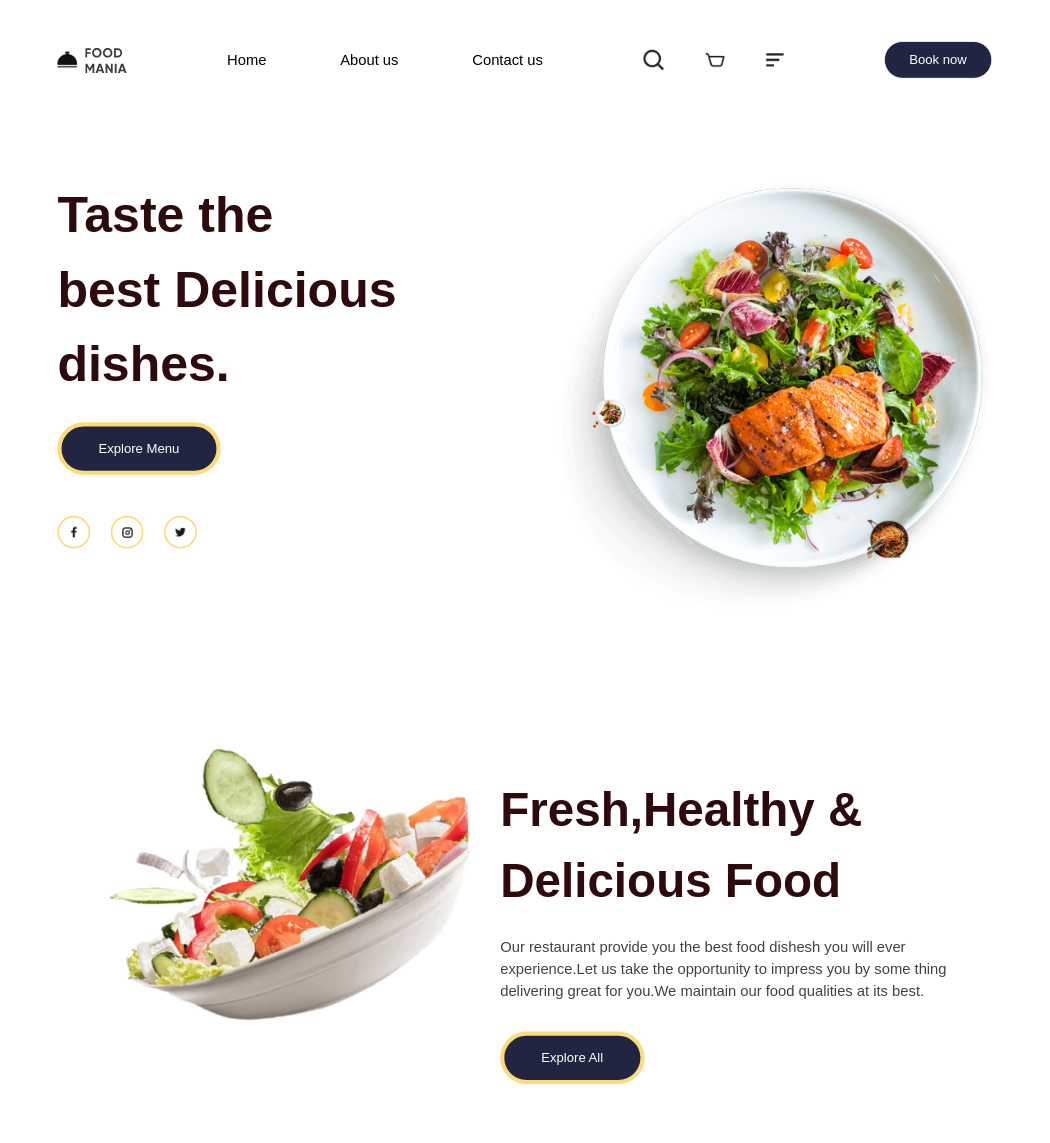
Repository: hoang0508/Figmafood
Page: index.html
These files come from the project's save history. The page is drawn as it stood at one moment and after the next save; the edit follows.
The browser window is 1280 px wide. The pictures show the whole page, at 82% of full size.
The style sheet was rebuilt from its Sass, Less or Tailwind sources for each picture, by a compiler version that may differ from the author's.

Above is the page before, as saved 2021-11-08 10:07:59.

### index.html
<!DOCTYPE html>
<html lang="en">
  <head>
    <meta charset="UTF-8" />
    <meta http-equiv="X-UA-Compatible" content="IE=edge" />
    <meta name="viewport" content="width=device-width, initial-scale=1.0" />
    <title>LandingPage Food</title>
    <link
      rel="stylesheet"
      href="https://cdnjs.cloudflare.com/ajax/libs/font-awesome/4.7.0/css/font-awesome.min.css"
      integrity="sha512-SfTiTlX6kk+qitfevl/7LibUOeJWlt9rbyDn92a1DqWOw9vWG2MFoays0sgObmWazO5BQPiFucnnEAjpAB+/Sw=="
      crossorigin="anonymous"
      referrerpolicy="no-referrer"
    />
    <link rel="preconnect" href="https://fonts.googleapis.com" />
    <link rel="preconnect" href="https://fonts.gstatic.com" crossorigin />
    <link
      href="https://fonts.googleapis.com/css2?family=Poppins:wght@300;400;500;600;700&display=swap"
      rel="stylesheet"
    />
    <link rel="stylesheet" href="./css/app.css" />
  </head>
  <body>
    <div class="wrapper">
      <header class="header">
        <div class="container">
          <div class="header-container d-flex--between">
            <div class="header-logo d-flex--center">
              <img src="./images/logo.png" alt="" />
              <img src="./images/FOOD MANIA.svg" alt="" />
            </div>
            <ul class="header-list d-flex--center">
              <li class="header-item">
                <a href="#" class="header-link">Home</a>
              </li>
              <li class="header-item">
                <a href="#" class="header-link">About us</a>
              </li>
              <li class="header-item">
                <a href="#" class="header-link">Contact us</a>
              </li>
            </ul>
            <div class="header-icon d-flex--center">
              <a href="#" class="icon-link">
                <img src="./images/icon-search.png" alt="" />
              </a>
              <a href="#" class="icon-link">
                <img src="./images/icon-cart.png" alt="" />
              </a>
              <a href="#" class="icon-link">
                <img src="./images/icon-bars.png" alt="" />
              </a>
            </div>
            <button class="button button--primary">Book now</button>
          </div>
        </div>
      </header>
      <main>
        <section class="hero">
          <div class="container">
            <div class="hero-container d-flex--between">
              <div class="hero-content">
                <h3 class="hero-title">
                  Taste the <span>best Delicious</span> dishes.
                </h3>
                <button class="button button--primary button--secondary">
                  Explore Menu
                </button>
                <div class="hero-social d-flex--center">
                  <a href="#" class="social-icon">
                    <img src="./images/facebook.png" alt="" />
                  </a>
                  <a href="#" class="social-icon">
                    <img src="./images/instagram.png" alt="" />
                  </a>
                  <a href="#" class="social-icon">
                    <img src="./images/twitter.png" alt="" />
                  </a>
                </div>
              </div>
              <div class="hero-image">
                <div class="hero-image--big">
                  <img
                    src="./images/kisspng-hamburger-street-food-seafood-fast-food-delicious-food-5a75083cceaf41 1.png"
                    alt=""
                  />
                </div>
                <div class="hero-image--small-top">
                  <img src="./images/dlf 1.png" alt="" />
                </div>
                <div class="hero-image--small-bottom">
                  <img
                    src="./images/Pad-Thai_1-removebg-preview 1.png"
                    alt=""
                  />
                </div>
              </div>
            </div>
          </div>
        </section>
        <section class="about">
          <div class="container">
            <div class="about-container d-flex--between">
              <div class="about-image">
                <img
                  src="./images/imgbin-greek-salad-recipe-vegetarian-cuisine-everyday-super-food-salad-plate-gEMC3ig2LzciXACd5pm3EKWBe-removebg-preview 1.png"
                  alt=""
                />
              </div>
              <div class="about-content">
                <h3 class="heading-title">Fresh,Healthy & Delicious Food</h3>
                <p class="text-desc">
                  Our restaurant provide you the best food dishesh you will ever
                  experience.Let us take the opportunity to impress you by some
                  thing delivering great for you.We maintain our food qualities
                  at its best.
                </p>
                <button class="button button--primary button--secondary">
                  Explore All
                </button>
              </div>
            </div>
          </div>
        </section>
      </main>
    </div>
  </body>
</html>

### sass/app.scss
@import "variable";
@import "reset";
@import "global";
@import "typography";
@import "header";
@import "hero";
@import "about";

### sass/variable.scss
$primary-color: #212542;
$secondary-color: #2e0a0c;
$border-color: #ffda7b;
$text-color-box: #424242;
$text-color-small: #747474;

### sass/reset.scss
html {
  box-sizing: border-box;
}
* {
  margin: 0;
  padding: 0;
}
*,
*:before,
*:after {
  box-sizing: border-box;
}
input,
textarea,
select,
button {
  outline: none;
}
input {
  line-height: normal;
}
label,
button {
  cursor: pointer;
}
a {
  text-decoration: none;
}
img {
  display: block;
  max-width: 100%;
}

ul,
li {
  list-style: none;
}

### sass/global.scss
.wrapper {
  max-width: 1440px;
  margin: 0 auto;
  overflow: hidden;
}

.container {
  max-width: 1170px;
  margin: 0 auto;
  padding: 0 15px;
}

body {
  font-family: "Popins", sans-serif;
  line-height: 1;
  font-size: 16px;
}

.d-flex--center {
  display: flex;
  align-items: center;
}

.d-flex--between {
  display: flex;
  justify-content: space-between;
  align-items: center;
}

.button {
  display: inline-block;
  color: #fff;
  background-color: $primary-color;
  border: 0;
  &--primary {
    font-size: 16px;
    font-weight: 500;
    line-height: calc(24 / 16);
    padding: 10px 30px;
    background: #212542;
    border: 1.5px solid #ffffff;
    border-radius: 100px;
    display: flex;
    align-items: center;
    justify-content: center;
  }
  &--secondary {
    padding: 15px 45px;
    border-width: 5px;
    border-color: $border-color;
  }
}

### sass/typography.scss
.heading-title {
  font-size: 58px;
  font-weight: 600;
  line-height: calc(87 / 58);
  color: $secondary-color;
}

.text-desc {
  font-size: 18px;
  font-weight: 500;
  line-height: calc(27 / 18);
  padding: 25px 0 35px;
  color: $text-color-box;
}

### sass/_header.scss
.header {
  margin-top: 50px;
  margin-bottom: 121px;
  &-logo {
    gap: 10px;
  }
  &-list {
    gap: 0 90px;
    font-size: 18px;
    font-weight: 500;
  }
  &-item {
    position: relative;
  }
  &-link {
    position: relative;
    color: #000000;
  }
  &-link:after {
    content: "";
    position: absolute;
    display: block;
    width: 0;
    height: 3px;
    background-color: $primary-color;
    bottom: -8px;
    border-radius: 5px;
    transition: all 0.3s linear;
  }
  &-link:hover::after {
    width: 100%;
    transition: all 0.3s linear;
  }
  &-icon {
    gap: 0 50px;
  }
}

### sass/_hero.scss
.hero {
  padding-bottom: 120px;
  &-container {
    align-items: stretch;
  }
  &-content {
    max-width: 455px;
    width: 100%;
  }
  &-title {
    font-size: 61px;
    line-height: calc(91 / 61);
    color: $secondary-color;
    font-weight: 600;
    padding-bottom: 25px;
    span {
      display: block;
    }
  }
  &-social {
    padding-top: 50px;
    gap: 0 25px;
    a.social-icon {
      width: 40px;
      height: 40px;
      border: 2px solid $border-color;
      border-radius: 100rem;
      display: flex;
      justify-content: center;
      align-items: center;
    }
  }
  &-image {
    position: relative;
  }
  &-image--big {
    position: relative;
  }
  &-image--small-top {
    position: absolute;
    left: 0;
    top: 50%;
    transform: translateX(50%);
    width: 100px;
  }
  &-image--small-bottom {
    position: absolute;
    bottom: 70px;
    right: 100px;
  }
}

### sass/_about.scss
.about {
  &-content {
    max-width: 600px;
    width: 100%;
  }
}

After the next save:
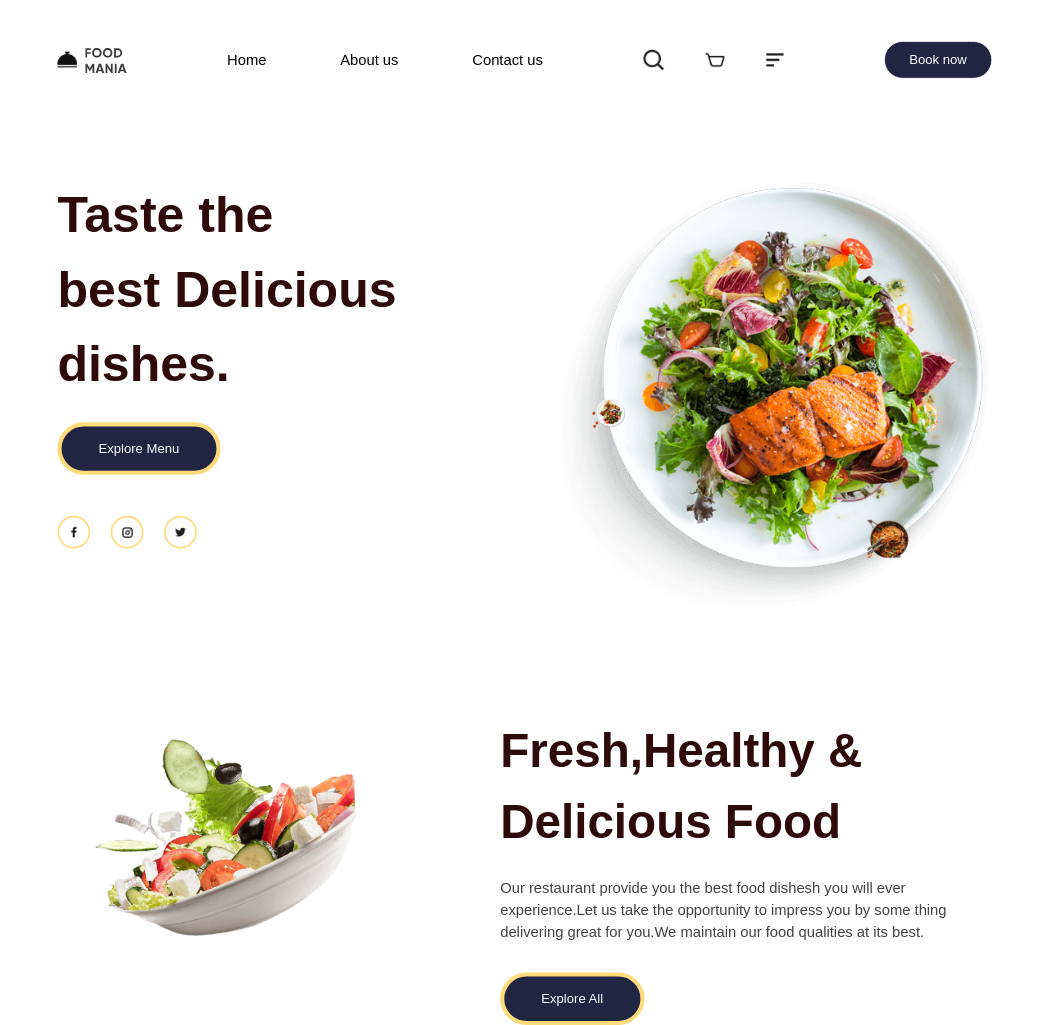
Saved 38 s later.
--- a/sass/_about.scss
+++ b/sass/_about.scss
@@ -1,4 +1,7 @@
 .about {
+  &-container {
+    gap: 170px;
+  }
   &-content {
     max-width: 600px;
     width: 100%;
